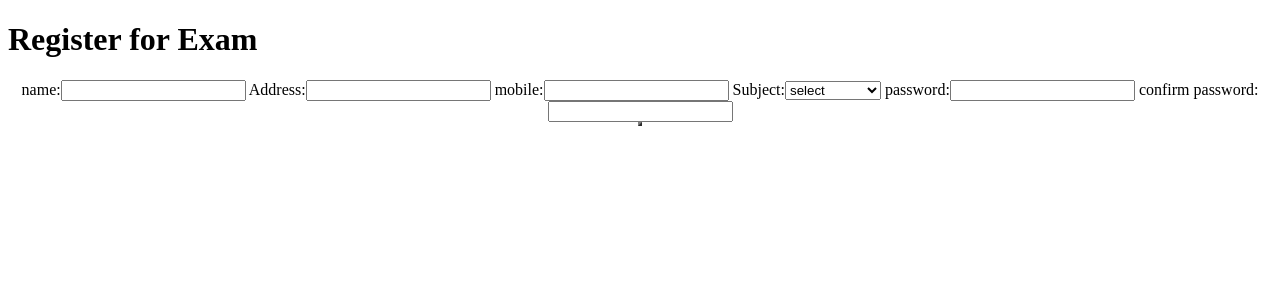
Repository: ravikumar0303/Advance-Java
Page: Assignment/OnlineExam/register.html
These files come from the project's save history. The page is drawn as it stood at one moment and after the next save; the edit follows.
The browser window is 1280 px wide. The pictures show the whole page.

Above is the page before, as saved 2023-06-23 03:45:25.

### Assignment/OnlineExam/register.html
<!DOCTYPE html>
<html>
<head>
<meta charset="ISO-8859-1">
<title>online exam</title>
<h1>Register for Exam</h1>
</head>
<center>

<body>

 <form><table border="2px">
 <tr>
     name:<input type="text" id="n1"></input>
     Address:<input type="text" id="a1"></input>
     mobile:<input type="text" id="m1"></input>
     Subject:<select>
     <option>select</option>
     <option value="cop">COP</option>
     <option value="os">OS</option>
     <option value="dbt">DBT</option>
     <option value="wpt">WPT</option>
     <option value="corejava">CORE JAVA</option>

     </select>
      password:<input type="text" id="p1"></input>
     confirm password:<input type="text" id="c1"></input></tr>
  </table></form>

</body>

</center>

</html>

After the next save:
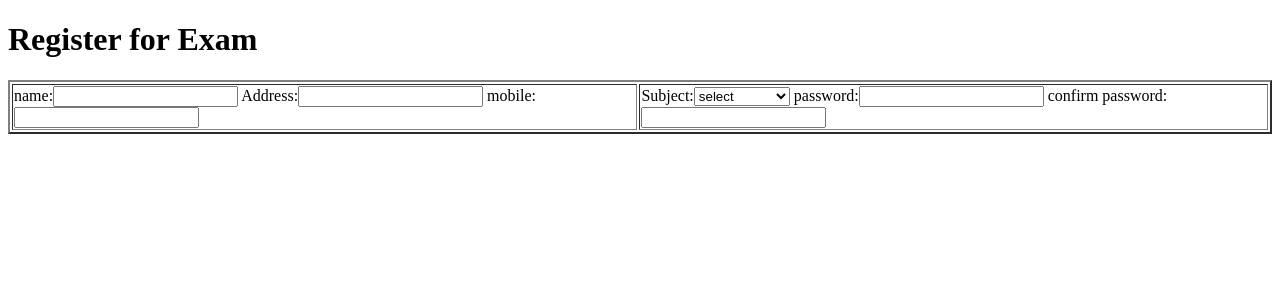
Saved 49 s later.
--- a/Assignment/OnlineExam/register.html
+++ b/Assignment/OnlineExam/register.html
@@ -10,11 +10,11 @@
 <body>
 
  <form><table border="2px">
- <tr>
+ <tr><td>
      name:<input type="text" id="n1"></input>
      Address:<input type="text" id="a1"></input>
      mobile:<input type="text" id="m1"></input>
-     Subject:<select>
+   </td> <td> Subject:<select>
      <option>select</option>
      <option value="cop">COP</option>
      <option value="os">OS</option>
@@ -24,7 +24,7 @@
 
      </select>
       password:<input type="text" id="p1"></input>
-     confirm password:<input type="text" id="c1"></input></tr>
+     confirm password:<input type="text" id="c1"></input></td></tr>
   </table></form>
 
 </body>
